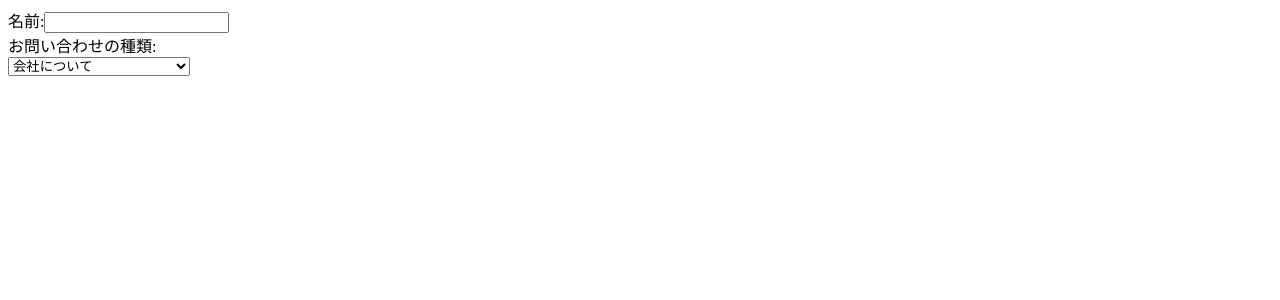
Repository: fujita0830/learning
Page: http://localhost/WebProj2/inquiry.jsp
The author's editor kept a copy of each file at every save. The page is drawn from the files as they stood at one save, then again after the next save.
The browser window is 1280 px wide. The pictures show the whole page.
The page is served by Tomcat 9. Other server files are loaded and not shown.

Above is the page before, as saved 2018-12-25 05:06:33.

### WebProj2/WebContent/inquiry.jsp
<%@ page language="java" contentType="text/html; charset=UTF-8"
    pageEncoding="UTF-8"%>
<%@ taglib prefix="s" uri="/struts-tags" %>
<!DOCTYPE html PUBLIC "-//W3C//DTD HTML 4.01 Transitional//EN" "http://www.w3.org/TR/html4/loose.dtd">
<html>
<head>
<meta http-equiv="Content-Type" content="text/html; charset=UTF-8">
<title>お問合せフォーム</title>
</head>
<body>
 <s:form method="post" action="InquiryCompleteAction">
  名前:<input type="text" name="name"/><br>
  お問い合わせの種類:<br>
  <select name="qtype">
    <option value="company">会社について</option>
    <option value="product">製品について</option>
    <option value="support">アフターサポートについて</option>
  </select>
  </s:form>

</body>
</html>

After the next save:
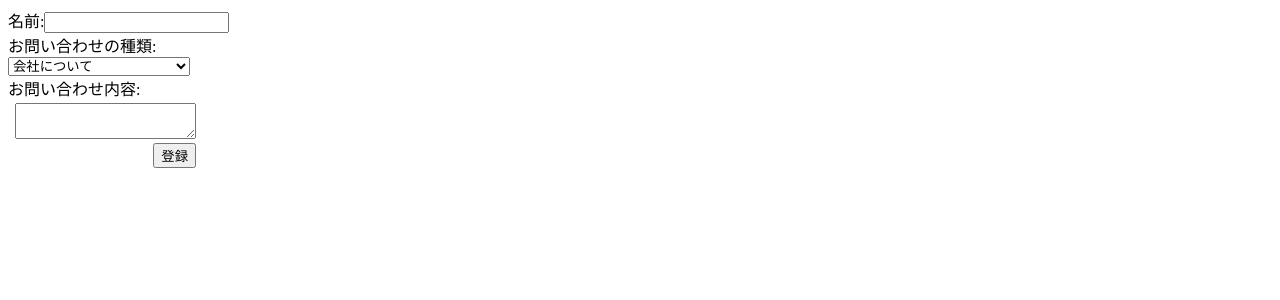
Saved 2 min 6 s later.
--- a/WebProj2/WebContent/inquiry.jsp
+++ b/WebProj2/WebContent/inquiry.jsp
@@ -16,6 +16,10 @@
     <option value="product">製品について</option>
     <option value="support">アフターサポートについて</option>
   </select>
+  <br>
+  お問い合わせ内容:
+  <s:textarea name="body"/>
+  <br><s:submit value ="登録"/>
   </s:form>
 
 </body>
